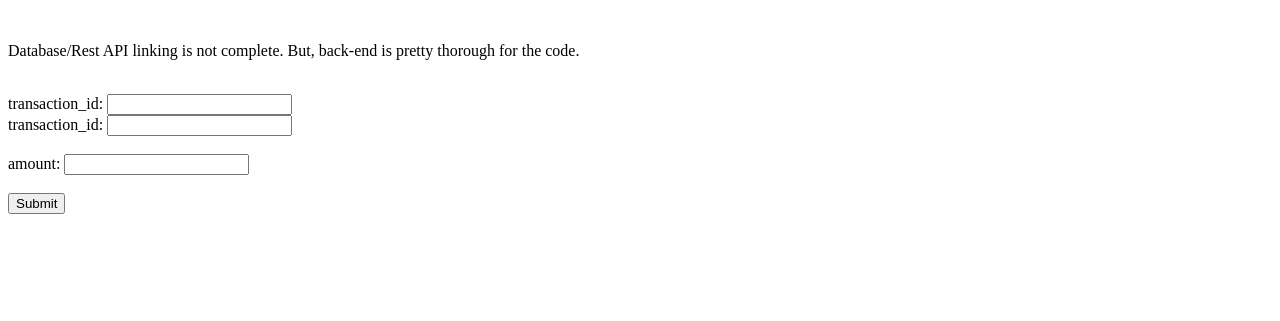
Repository: hcm4990/BankingApplicationRestAPI
Page: gs-serving-web-content-complete/src/main/resources/static/index.html
The author's editor kept a copy of each file at every save. The page is drawn from the files as they stood at one save, then again after the next save.
The browser window is 1280 px wide. The pictures show the whole page.

Above is the page before, as saved 2020-04-06 15:09:19.

### gs-serving-web-content-complete/src/main/resources/static/index.html
<!DOCTYPE HTML>
<html>
<head>
<title>Getting Started: Serving Web Content</title>
<meta http-equiv="Content-Type" content="text/html; charset=UTF-8" />
</head>
<body>
	<br>
	<p>Database/Rest API linking is not complete. But, back-end is pretty thorough for the code.</p>
	<br>
	<form action="/transaction">
		<label for="user_id">transaction_id:</label> <input type="text" id="transaction_id"
			name="fname"><br>
		<label for="transaction_id">transaction_id:</label> <input type="text" id="transaction_id"
			name="fname"><br>
		<br> <label for="amount">amount:</label> <input type="text"
			id="amount" name="amount"><br>
		<br> <input type="submit" value="Submit">
	</form>
</body>
</html>

After the next save:
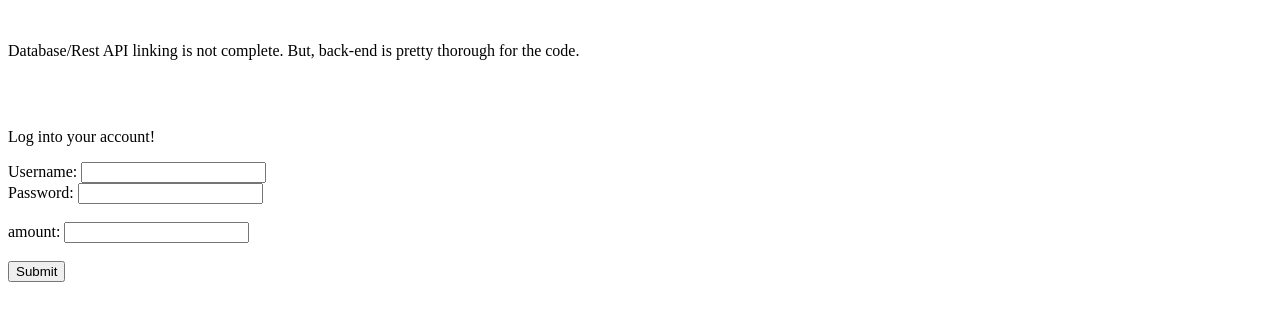
Saved 38 s later.
--- a/gs-serving-web-content-complete/src/main/resources/static/index.html
+++ b/gs-serving-web-content-complete/src/main/resources/static/index.html
@@ -8,10 +8,12 @@
 	<br>
 	<p>Database/Rest API linking is not complete. But, back-end is pretty thorough for the code.</p>
 	<br>
+	<br>
+	<p><p>Log into your account!</p>
 	<form action="/transaction">
-		<label for="user_id">transaction_id:</label> <input type="text" id="transaction_id"
+		<label for="user_id">Username:</label> <input type="text" id="transaction_id"
 			name="fname"><br>
-		<label for="transaction_id">transaction_id:</label> <input type="text" id="transaction_id"
+		<label for="transaction_id">Password:</label> <input type="text" id="transaction_id"
 			name="fname"><br>
 		<br> <label for="amount">amount:</label> <input type="text"
 			id="amount" name="amount"><br>
